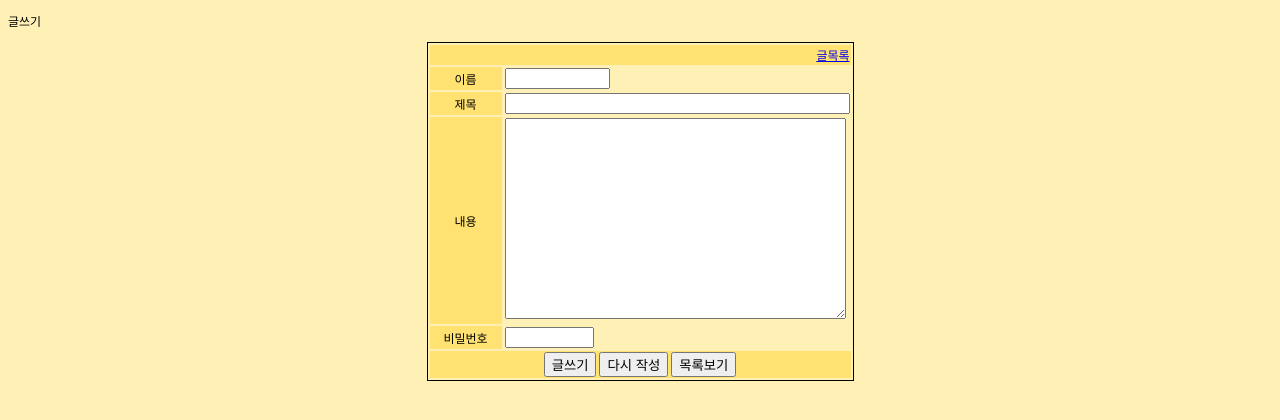
Repository: matodale/StudyJSP
Page: http://localhost/StudyJSP/ch13/writeForm.jsp
An editor plug-in stored every save of this project. The page is shown before and after the next save, followed by the edit.
The browser window is 1280 px wide. The pictures show the whole page.
The page is served by Tomcat 9.

Above is the page before, as saved 2022-12-24 01:38:57.

After the next save:
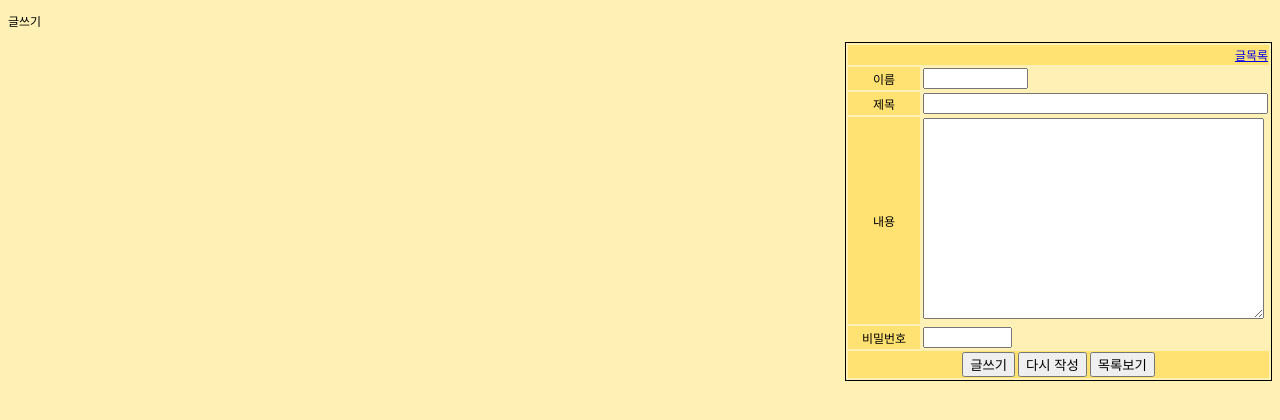
Saved 17 s later.
--- a/StudyJSP/src/main/webapp/ch13/css/style.css
+++ b/StudyJSP/src/main/webapp/ch13/css/style.css
@@ -9,7 +9,7 @@
 }
 
 form .table1{
-	margin: 0 auto;
+	margin-left: auto;
 	text-align: center;
 	font-size: 9pt;
 	border: 1pt solid black;

After the 2 saves that followed:
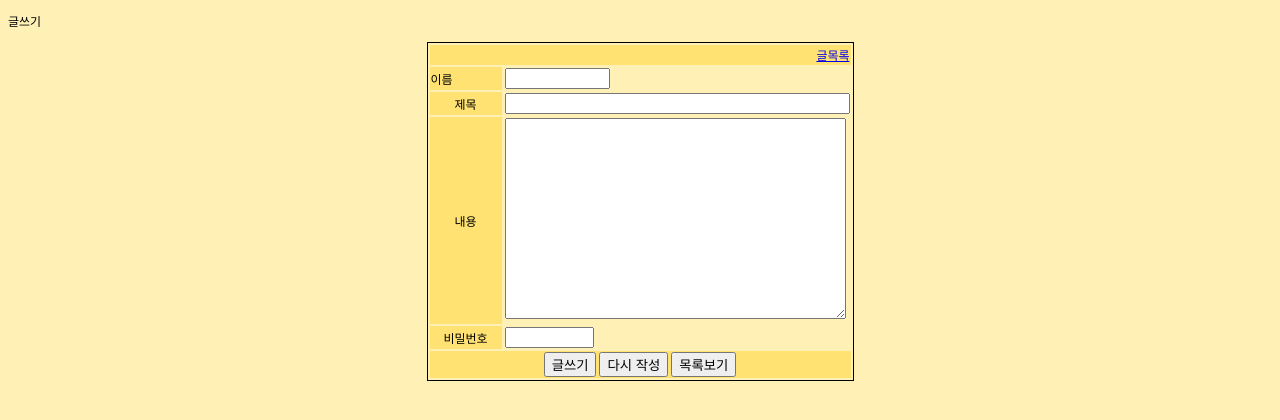
The 2 saves are shown as one change because they came seconds apart.
The last was saved 14 s later.
--- a/StudyJSP/src/main/webapp/ch13/css/style.css
+++ b/StudyJSP/src/main/webapp/ch13/css/style.css
@@ -10,7 +10,7 @@
 
 form .table1{
 	margin-left: auto;
-	text-align: center;
+	margin-right: auto;
 	font-size: 9pt;
 	border: 1pt solid black;
 }
